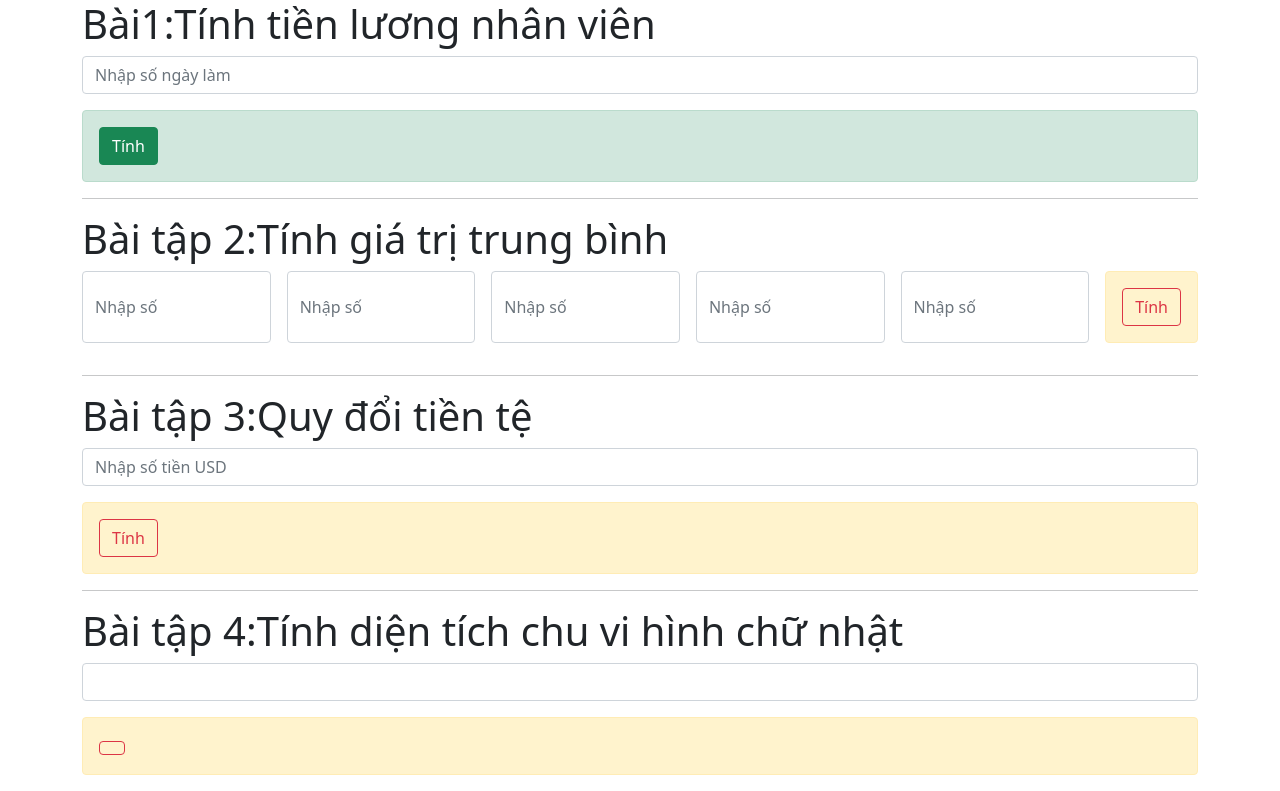
Repository: qkhanh1104k/Js-buoi2-3_giaodienbuoi1
Page: index.html
These files come from the project's save history. The page is drawn as it stood at one moment and after the next save; the edit follows.
The browser window is 1280 px wide. The pictures show the whole page.

Above is the page before, as saved 2022-07-21 11:14:40.

After the next save:
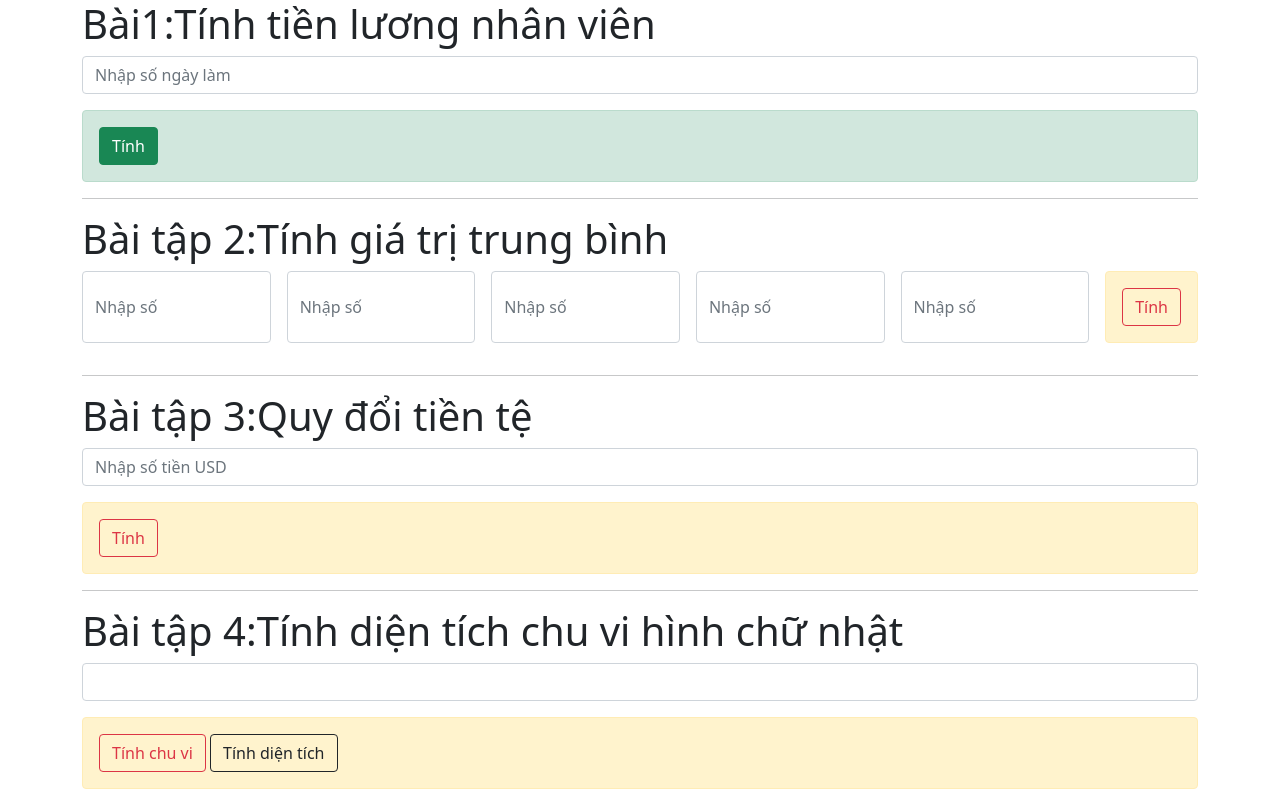
Saved 3 min 7 s later.
--- a/index.html
+++ b/index.html
@@ -53,7 +53,8 @@
         <div>
             <input type="text" id="txtNumBt4" class="form-control mb-3" >
             <div id="resBt4" class="alert alert-warning">
-                <button class="btn btn-outline-danger" onclick="calcSquare"></button>
+                <button class="btn btn-outline-danger" onclick="calcPerimeter">Tính chu vi</button>
+                <button class="btn btn-outline-dark" onclick="calcSquare">Tính diện tích</button>
             </div>
         </div>
     </div>
